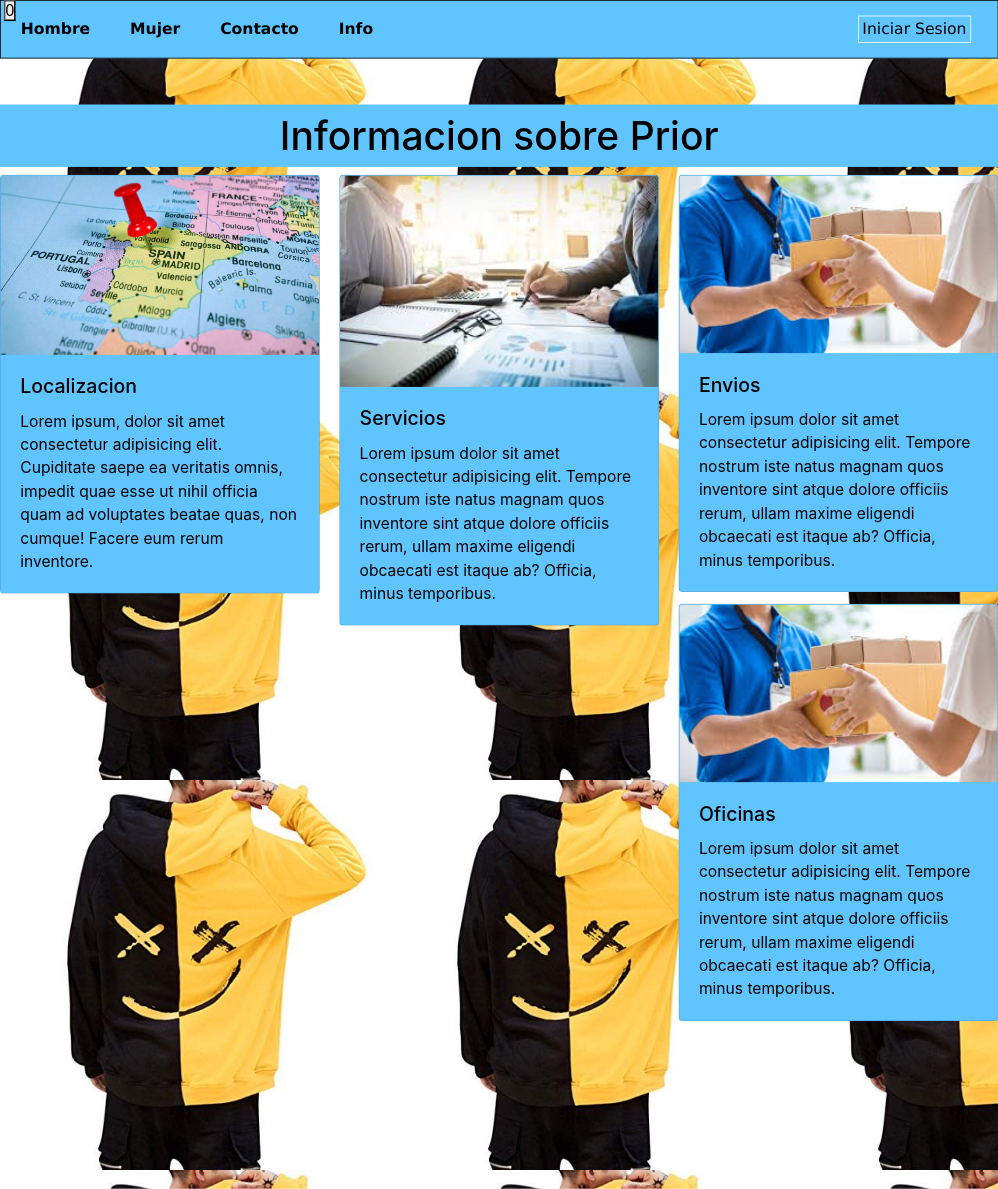
Repository: danilugones10/Proyecto
Page: info.html
The author's editor kept a copy of each file at every save. The page is drawn from the files as they stood at one save, then again after the next save.
The browser window is 1280 px wide. The pictures show the whole page, at 78% of full size.

Above is the page before, as saved 2021-03-08 19:16:56.

### info.html
<!DOCTYPE html>
<html lang="en">
<head>
    <meta charset="UTF-8">
    <meta name="viewport" content="width=device-width, initial-scale=1.0">
    <title>Document</title>
    <link rel="stylesheet" href="bootstrap-4.6.0-dist/css/bootstrap.min.css">
    <link rel="stylesheet" href="css/normalize.css">
    <link rel="stylesheet" href="css/style.css">
</head>
<body class="body">
    <header class="header">

    </header>

    <main class="main">
        <h1 class="h1 color__claro">Informacion sobre Prior</h1>
        <div class="card-columns">
            <div class="card color__claro">
              <img src="css/img/mapa.jpg" class="card-img-top" alt="...">
              <div class="card-body">
                <h5 class="card-title">Localizacion</h5>
                <p class="card-text">Lorem ipsum, dolor sit amet consectetur adipisicing elit. Cupiditate saepe ea veritatis omnis, impedit quae esse ut nihil officia quam ad voluptates beatae quas, non cumque! Facere eum rerum inventore.</p>
              </div>
            </div>
            <div class="card color__claro">
                <img src="css/img/servicios.jpg" class="card-img-top" alt="...">
                <div class="card-body">
                  <h5 class="card-title">Servicios</h5>
                  <p class="card-text">Lorem ipsum dolor sit amet consectetur adipisicing elit. Tempore nostrum iste natus magnam quos inventore sint atque dolore officiis rerum, ullam maxime eligendi obcaecati est itaque ab? Officia, minus temporibus.</p>
                </div>
              </div>
              <div class="card color__claro">
                <img src="css/img/envios.jpg" class="card-img-top" alt="...">
                <div class="card-body">
                  <h5 class="card-title">Envios</h5>
                  <p class="card-text">Lorem ipsum dolor sit amet consectetur adipisicing elit. Tempore nostrum iste natus magnam quos inventore sint atque dolore officiis rerum, ullam maxime eligendi obcaecati est itaque ab? Officia, minus temporibus.</p>
                </div>
              </div>
              <div class="card color__claro">
                <img src="css/img/envios.jpg" class="card-img-top" alt="...">
                <div class="card-body">
                  <h5 class="card-title">Oficinas</h5>
                  <p class="card-text">Lorem ipsum dolor sit amet consectetur adipisicing elit. Tempore nostrum iste natus magnam quos inventore sint atque dolore officiis rerum, ullam maxime eligendi obcaecati est itaque ab? Officia, minus temporibus.</p>
                </div>
              </div>
        </div>
    </main>

    <script src="js/menu.js"></script>
    <script src="js/oscuroInfo.js"></script>
</body>
</html>

### css/style.css
:root {
  --base: #60c5ff;
  --texto: #000000;
  --nav: #ffffff;
}

.modoOscuro {
  --base: #093f5f;
  --texto: #ffffff;
  --nav: #000000;
}

.header {
  grid-column: 1/2;
  grid-row: 1/2;
  background-color: var(--nav);
  color: var(--texto);
  height: 75px;
}

.menu {
  height: 75px;
  border: 1px solid;
}

.menu__list {
  list-style: none;
  display: flex;
}

.menu__item {
  padding-top: 20px;
  padding-bottom: 23px;
  padding-right: 2%;
  padding-left: 2%;
  font-family: "Lucida Sans", "Lucida Sans Regular", "Lucida Grande", "Lucida Sans Unicode", Geneva, Verdana, sans-serif;
  font-weight: bold;
}

#oscuro {
  margin-left: 5px;
}

a {
  text-decoration: none;
  color: var(--texto);
}

.busqueda {
  display: none;
  position: absolute;
  width: 20%;
  right: 185px;
  top: 25px;
  height: 25px;
  border-radius: 10px;
  outline: none;
}

.inicio {
  position: absolute;
  top: 20px;
  right: 35px;
  background-color: var(--base);
  border: 1px solid white;
  padding: 5px;
  font-family: "Lucida Sans", "Lucida Sans Regular", "Lucida Grande", "Lucida Sans Unicode", Geneva, Verdana, sans-serif;
}
.inicio a {
  text-decoration: none;
}

.hamburguesa {
  position: absolute;
  top: 25px;
  right: 5px;
  cursor: pointer;
  display: none;
}

.inicio:hover {
  background-color: #A3E4D7;
}
.inicio:hover a {
  color: black;
}

.menu__item:hover {
  background-color: var(--base);
  color: var(--texto);
}
.menu__item:hover a {
  color: black;
}

@media (max-width: 767px) {
  .menu {
    background-color: var(--nav);
    height: 75px;
  }

  .menu__list {
    list-style: none;
    display: inline-block;
  }

  .menu__item {
    padding-top: 19px;
    padding-bottom: 20px;
    padding-right: 2%;
    padding-left: 2%;
    font-family: "Lucida Sans", "Lucida Sans Regular", "Lucida Grande", "Lucida Sans Unicode", Geneva, Verdana, sans-serif;
    visibility: hidden;
  }

  .menu__item:hover {
    width: 100px;
  }

  .busqueda {
    display: block;
    position: absolute;
    width: 35%;
    right: 200px;
    top: 25px;
    height: 25px;
    border-radius: 20px;
  }

  .inicio {
    position: absolute;
    top: 20px;
    right: 35px;
    border: 1px solid white;
    padding: 5px;
    font-family: "Lucida Sans", "Lucida Sans Regular", "Lucida Grande", "Lucida Sans Unicode", Geneva, Verdana, sans-serif;
  }
  .inicio a {
    text-decoration: none;
  }

  .hamburguesa {
    position: absolute;
    top: 25px;
    right: 5px;
    cursor: pointer;
    display: block;
  }

  .inicio:hover {
    background-color: #A3E4D7;
    color: black;
  }

  .menu__item:hover {
    background-color: var(--base);
    color: var(--texto);
  }
}
.main {
  grid-column: 1/2;
  grid-row: 2/3;
}

.section1 {
  display: flex;
  flex-flow: wrap;
  justify-content: space-around;
  width: 100%;
}
.section1 .section1-titulo {
  width: 400px;
  height: 400px;
  text-align: center;
}
.section1 .section1-titulo .section1-titulo__fondo .section1-titulo__h1 {
  font-size: 70px;
  font-family: "Courier New", Courier, monospace;
}
.section1 .section1-titulo .prior-img {
  opacity: 95%;
  width: 200px;
  height: 200px;
  border: 1px solid;
  transition: 1s;
}
.section1 .section1-titulo .prior-img:hover {
  transform: scale(1.3);
}
.section1 .section1-img {
  width: 460px;
  height: 400px;
  text-align: center;
  padding-top: 25px;
  margin-top: 20px;
}
.section1 .section1-img img {
  width: 400px;
  height: 350px;
  transition: 1s;
}
.section1 .section1-img img:hover {
  transform: scale(1.1);
}

.section2 {
  width: 100%;
  display: flex;
  justify-content: center;
  padding-top: 50px;
  color: white;
}
.section2 .section2-prior {
  border: 1px solid;
  width: 70%;
}

.section3 {
  width: 100%;
  display: flex;
  flex-wrap: wrap;
  color: white;
}
.section3 .section3-h1 {
  width: 100%;
  text-align: center;
}
.section3 .section3-imagenes {
  display: flex;
  flex-wrap: wrap;
  justify-content: space-around;
  width: 100%;
  text-align: center;
}
.section3 .section3-imagenes .section3-imagenes__contenedor {
  position: relative;
  border: 1px solid;
  padding-top: 5px;
  width: 250px;
  height: 230px;
}
.section3 .section3-imagenes .section3-imagenes__contenedor button {
  display: none;
}
.section3 .section3-imagenes .section3-imagenes__contenedor h3 {
  font-size: 20px;
}
.section3 .section3-imagenes .section3-imagenes__contenedor:hover .fondo {
  position: absolute;
  top: 0;
  left: 0;
  width: 100%;
  height: 100%;
  background-color: rgba(0, 0, 0, 0.6);
  z-index: 100;
}
.section3 .section3-imagenes .section3-imagenes__contenedor:hover button {
  display: inline;
  position: absolute;
  top: 40%;
  left: 30%;
}

.section4 {
  width: 100%;
  margin-top: 5px;
}
.section4 h1 {
  color: white;
  text-align: center;
}
.section4 .contenedor {
  margin: auto;
  margin-bottom: 20px;
  width: 400px;
  height: 350px;
  background-color: aquamarine;
  z-index: 100;
  position: relative;
  border: 1px solid;
}
.section4 .contenedor img {
  width: 100vw;
}
.section4 .contenedor .texto {
  background-color: var(--base);
  opacity: 75%;
  margin-top: -90px;
}
.section4 .contenedor .texto #nombreImagen {
  color: white;
  margin-left: 15px;
}
.section4 .contenedor .texto #precio {
  color: white;
  padding-top: 10px;
  margin-left: 15px;
}
.section4 .contenedor .texto #precio span {
  text-decoration: line-through;
}
.section4 .contenedor #flecha1 {
  content: "";
  position: absolute;
  border-right: 2vw solid gray;
  border-bottom: 2vw solid transparent;
  border-top: 2vw solid transparent;
  bottom: 45%;
  left: 0;
  cursor: pointer;
}
.section4 .contenedor #flecha2 {
  content: "";
  position: absolute;
  border-left: 2vw solid gray;
  border-bottom: 2vw solid transparent;
  border-top: 2vw solid transparent;
  bottom: 45%;
  right: 0;
  cursor: pointer;
}

.footer {
  grid-column: 1/2;
  grid-row: 3/4;
  color: var(--texto);
  background-color: var(--nav);
  border: 1px solid var(--base);
  height: 200px;
}

.grupo {
  display: flex;
}

.colum {
  text-align: center;
  width: 33.3%;
  height: 120px;
}

.colum h3 {
  margin-bottom: 0px;
  font-family: "Courier New", Courier, monospace;
}

.colum div {
  margin-top: 3px;
  font-size: 16px;
  font-family: "Times New Roman", Times, serif;
}

.fin {
  width: 100%;
}

.fin div {
  font-size: 16px;
  text-align: center;
}

.fin div span {
  position: absolute;
  right: 10px;
  font-size: 16px;
}

@media (max-width: 767px) {
  .fin {
    padding-top: 10px;
  }
}
.card_width {
  min-width: 400px;
  max-width: 33%;
}

.main p {
  color: var(--texto);
}
.main h5 {
  color: var(--texto);
}
.main .entrega {
  width: 70%;
  margin: auto;
}
.main .entrega p {
  padding: 10px;
  border-radius: 20px;
  border: 2px solid;
}
.main .pagos {
  width: 30%;
  min-width: 300px;
  margin: auto;
  border-radius: 20px;
  border: 2px solid;
  color: var(--texto);
  background-color: var(--base);
}
.main .pagos ul {
  list-style: none;
}
.main .pagos ul li {
  padding: 10px;
}

h1 {
  background-color: var(--base);
  color: var(--texto);
  padding: 10px;
  text-align: center;
}

p {
  color: var(--texto);
  background-color: var(--base);
}

.cuadro {
  display: flex;
  justify-content: space-around;
  flex-wrap: wrap;
}

.cajita {
  color: var(--texto);
  background-color: var(--base);
  min-width: 450px;
  height: 300px;
  margin-bottom: 10px;
}

.accordion .card {
  color: var(--texto);
  background-color: var(--base);
}
.accordion .card .card-body {
  background-color: rgba(0, 0, 0, 0.3);
}
.accordion .card button {
  color: var(--texto);
}

.contacto-form {
  height: 350px;
  margin: auto;
  width: 75%;
  color: var(--texto);
  background-color: var(--base);
}
.contacto-form fieldset {
  border: 1px solid;
}

.tabla {
  text-align: center;
  width: 90%;
  background-color: var(--base);
  margin: auto;
  margin-bottom: 10px;
}

th {
  color: var(--texto);
}

td {
  color: var(--texto);
}

.carrouselMujer {
  max-width: 500px;
  margin: auto;
  border: 1px solid;
}

.carousel-control-prev-icon {
  background-color: black;
}

.carousel-control-next-icon {
  background-color: black;
}

* {
  margin: 0;
  padding: 0;
  font-size: 20px;
}
* h1 {
  color: var(--texto);
}
* h5 {
  color: var(--texto);
}
* p {
  color: var(--texto);
}

body {
  display: grid;
  grid-template-columns: 100%;
  grid-template-rows: 100px auto 200px;
  background-image: url(img/sudadera_fondo.jpg);
}

#oscuro {
  position: absolute;
  top: 0;
  left: 0;
}

.color__claro {
  background-color: var(--base);
  color: var(--texto);
}

@media (max-width: 767px) {
  body {
    grid-template-rows: 350px auto 200px;
  }

  .main {
    margin-top: -250px;
  }
}

/*# sourceMappingURL=style.css.map */

### js/menu.js
const header=document.querySelector('.header');
const nav=document.createElement('nav');
nav.className="menu color__claro";
const ul=document.createElement('ul');
ul.className="menu__list";
const fragment=document.createDocumentFragment();

const bot=document.createElement('button');
bot.id="oscuro";
bot.textContent="0";
nav.appendChild(bot);

const li=document.createElement('li');
li.className="menu__item";
const a=document.createElement('a');
a.href="hombre.html";
a.textContent="Hombre";
li.appendChild(a)
fragment.appendChild(li);

const li2=document.createElement('li');
li2.textContent="Mujer";
li2.className="menu__item";
fragment.appendChild(li2);

const li3=document.createElement('li');
li3.textContent="Contacto";
li3.className="menu__item";
fragment.appendChild(li3);

const li4=document.createElement('li');
li4.className="menu__item";
const a4=document.createElement('a');
a4.href="info.html";
a4.textContent="Info";
li4.appendChild(a4)
fragment.appendChild(li4);

const li5=document.createElement('input');
li5.setAttribute('placeholder', '   buscar');
li5.className="busqueda";
li5.id="busqueda";
fragment.appendChild(li5);

const li6=document.createElement('li');
const button6=document.createElement('button');
button6.className="inicio";
const a6=document.createElement('a');
a6.href="formulario.html";
a6.textContent="Iniciar Sesion";
button6.appendChild(a6);
li6.appendChild(button6);
fragment.appendChild(button6);

const hamb=document.createElement('label');
hamb.innerHTML="<span>&#9776;</span>";
hamb.className="hamburguesa";
fragment.appendChild(hamb);

ul.appendChild(fragment);
nav.appendChild(ul);
header.appendChild(nav);

const hamburguesa=document.querySelector('.hamburguesa');
const menu=document.querySelector('.menu');
const main=document.querySelector('.main');

    hamburguesa.addEventListener('click', ()=>{

        if(window.innerWidth<767){

            if( menu.style.height==="75px"){
                menu.style.height="100%";
                main.style.marginTop="0px";
                li.style.visibility="visible";
                li2.style.visibility="visible";
                li3.style.visibility="visible";
                li4.style.visibility="visible";
            }
            else{
                menu.style.height="75px";
                main.style.marginTop="-200px";
                li.style.visibility="hidden";
                li2.style.visibility="hidden";
                li3.style.visibility="hidden";
                li4.style.visibility="hidden";

            }
        }
    })

    window.addEventListener("resize",() => {
        if (this.window.innerWidth>767) {
            main.style.marginTop="0px";
            li.style.visibility="visible";
            li2.style.visibility="visible";
            li3.style.visibility="visible";
            li4.style.visibility="visible";
        }
        else{
            menu.style.height="75px";
            main.style.marginTop="-200px";
            li.style.visibility="hidden";
            li2.style.visibility="hidden";
            li3.style.visibility="hidden";
            li4.style.visibility="hidden";
        }
     })

### js/oscuroInfo.js
const botonOscuro=document.getElementById('oscuro');
const menus=document.querySelector('.menu');
const h1Info=document.querySelector('.h1');
const cardInfo=document.querySelectorAll('.card');


botonOscuro.addEventListener("click", ()=>{
    if (menus.className=="menu color__claro") {
        menus.className="menu color__oscuro"
        h1Info.className="h1 color__oscuro"
        for (let index = 0; index < cardInfo.length; index++) {
            const element = cardInfo[index];
            element.className="card color__oscuro"
        }
    }
    else{
        menus.className="menu color__claro"
        h1Info.className="h1 color__claro"
        for (let index = 0; index < cardInfo.length; index++) {
            const element = cardInfo[index];
            element.className="card color__claro"
        }
    }
})

Loaded but not shown: bootstrap-4.6.0-dist/css/bootstrap.min.css (library); css/normalize.css (library)

After the next save:
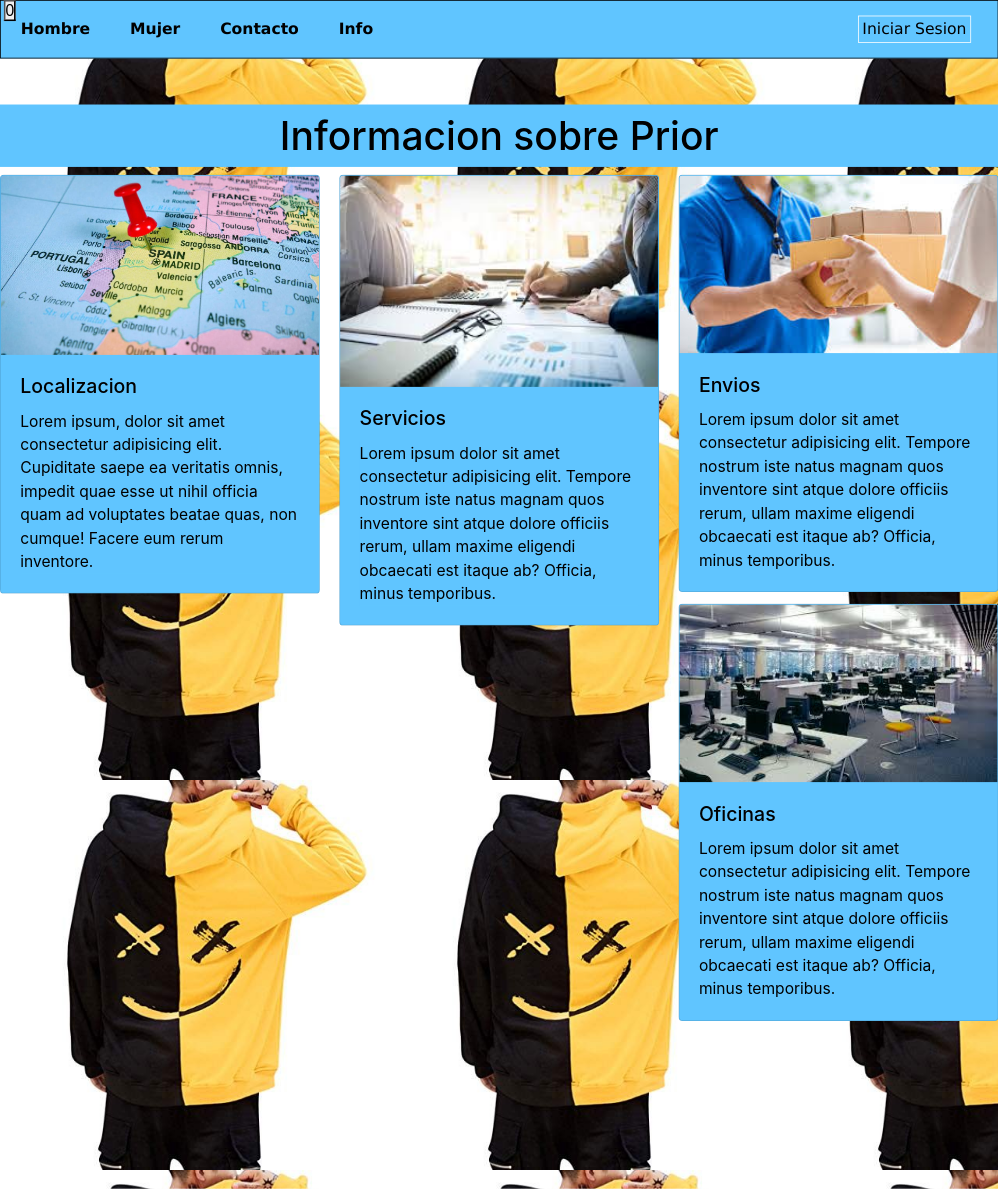
Saved 35 s later.
--- a/info.html
+++ b/info.html
@@ -38,7 +38,7 @@
                 </div>
               </div>
               <div class="card color__claro">
-                <img src="css/img/envios.jpg" class="card-img-top" alt="...">
+                <img src="css/img/oficinas.jpg" class="card-img-top" alt="...">
                 <div class="card-body">
                   <h5 class="card-title">Oficinas</h5>
                   <p class="card-text">Lorem ipsum dolor sit amet consectetur adipisicing elit. Tempore nostrum iste natus magnam quos inventore sint atque dolore officiis rerum, ullam maxime eligendi obcaecati est itaque ab? Officia, minus temporibus.</p>
